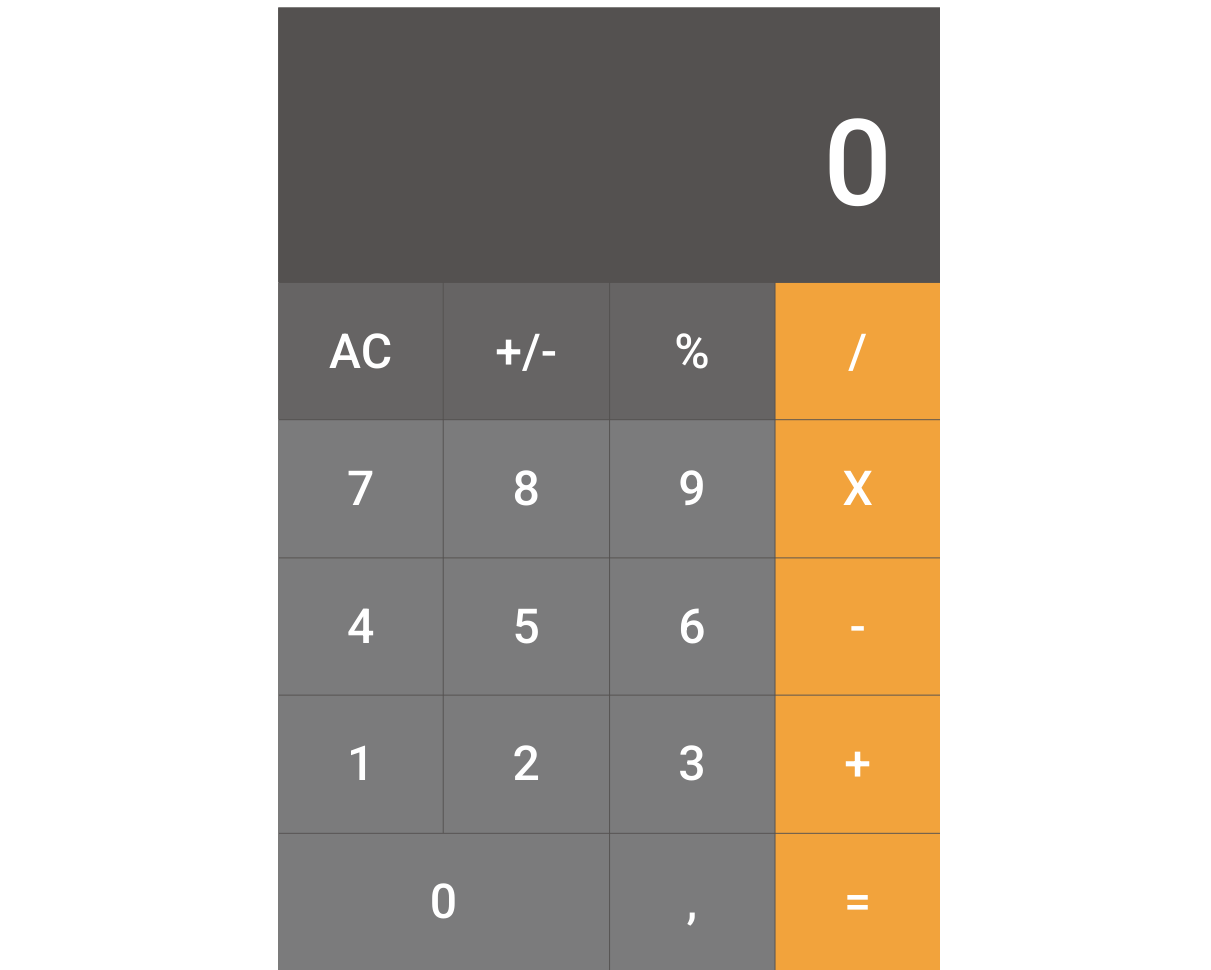
Repository: maciekto/calculatorOOP
Page: index.html
The author's editor kept a copy of each file at every save. The page is drawn from the files as they stood at one save, then again after the next save.
The browser window is 1280 px wide. The page is 1288 px wide, so the pictures cover 1288 px, including what lies to the right of the window. The pictures show the whole page, at 94% of full size.

Above is the page before, as saved 2022-06-19 19:04:33.

### index.html
<!DOCTYPE html>
<html lang="en">
<head>
    <meta charset="UTF-8">
    <meta http-equiv="X-UA-Compatible" content="IE=edge">
    <meta name="viewport" content="width=device-width, initial-scale=1.0">
    <title>Document</title>
    <link rel="stylesheet" href="css.css">


</head>
<body>
    <main>
        <div class="Calc">
            <div class="Calc__result">0</div>

            <div class="Calc__reset">
                AC
            </div>
            <div class="Calc__opposite">
                +/-
            </div>
            <div class="Calc__percentages">
                %
            </div>
            <div class="Calc__divide">
                /
            </div>

            <div class="Calc__7">7</div>
            <div class="Calc__8">8</div>
            <div class="Calc__9">9</div>
            <div class="Calc__multiply">
                X
            </div>

            <div class="Calc__4">4</div>
            <div class="Calc__5">5</div>
            <div class="Calc__6">6</div>
            <div class="Calc__substraction">
                -
            </div>

            <div class="Calc__1">1</div>
            <div class="Calc__2">2</div>
            <div class="Calc__3">3</div>
            <div class="Calc__addition">
                +
            </div>

            <div class="Calc__0">0</div>
            <div class="Calc__comma">,</div>
            <div class="Calc__isequal">
                =
            </div>

        </div>
    </main>

    <script src="js.js"></script>
</body>
</html>

### css.css
@import url('https://fonts.googleapis.com/css2?family=Roboto:wght@400;500;700&display=swap');

* {
    font-family: 'Roboto', sans-serif;
    font-weight: 500;
    box-sizing: border-box;
}

main {
    width: 100vw;
    height: 100vh;
    display: grid;
    place-items: center;
}

.Calc {
    max-width: 60vw;
    width: 55vw;
    height: 80vw;
    background: #545150;
    color: white;
    display: grid;
    grid-template-columns: repeat(4, 1fr);
    grid-template-rows: repeat(7, 1fr);
    grid-template-areas:
    "result result result result"
    "result result result result"
    "reset opposite percentages divide"
    "seven eight nine multiply"
    "four five six substraction"
    "one two three addition"
    "zero zero comma isequal"
    ;
    grid-gap: 1px;
    font-size: 4vw;
}
.Calc div {
    display: grid;
    place-items: center;
    background: #7b7b7c;
}
.Calc__result {
    padding: 4vw;
    font-size: 10vw;
    grid-area: result;
    background: #545150 !important;
    place-items: end end !important;
}
.Calc__reset {
    background: #666464 !important;
}
.Calc__opposite {
    background: #666464 !important;
}
.Calc__percentages {
    background: #666464 !important;
}
.Calc__divide {
    background: #f2a33c !important;
}
.Calc__multiply {
    background: #f2a33c !important;
}
.Calc__substraction {
    background: #f2a33c !important;
}
.Calc__addition {
    background: #f2a33c !important;
}
.Calc__isequal {
    background: #f2a33c !important;
}


.Calc__0 {
    grid-area: zero;
}

### js.js
console.log('siemano')

After the next save:
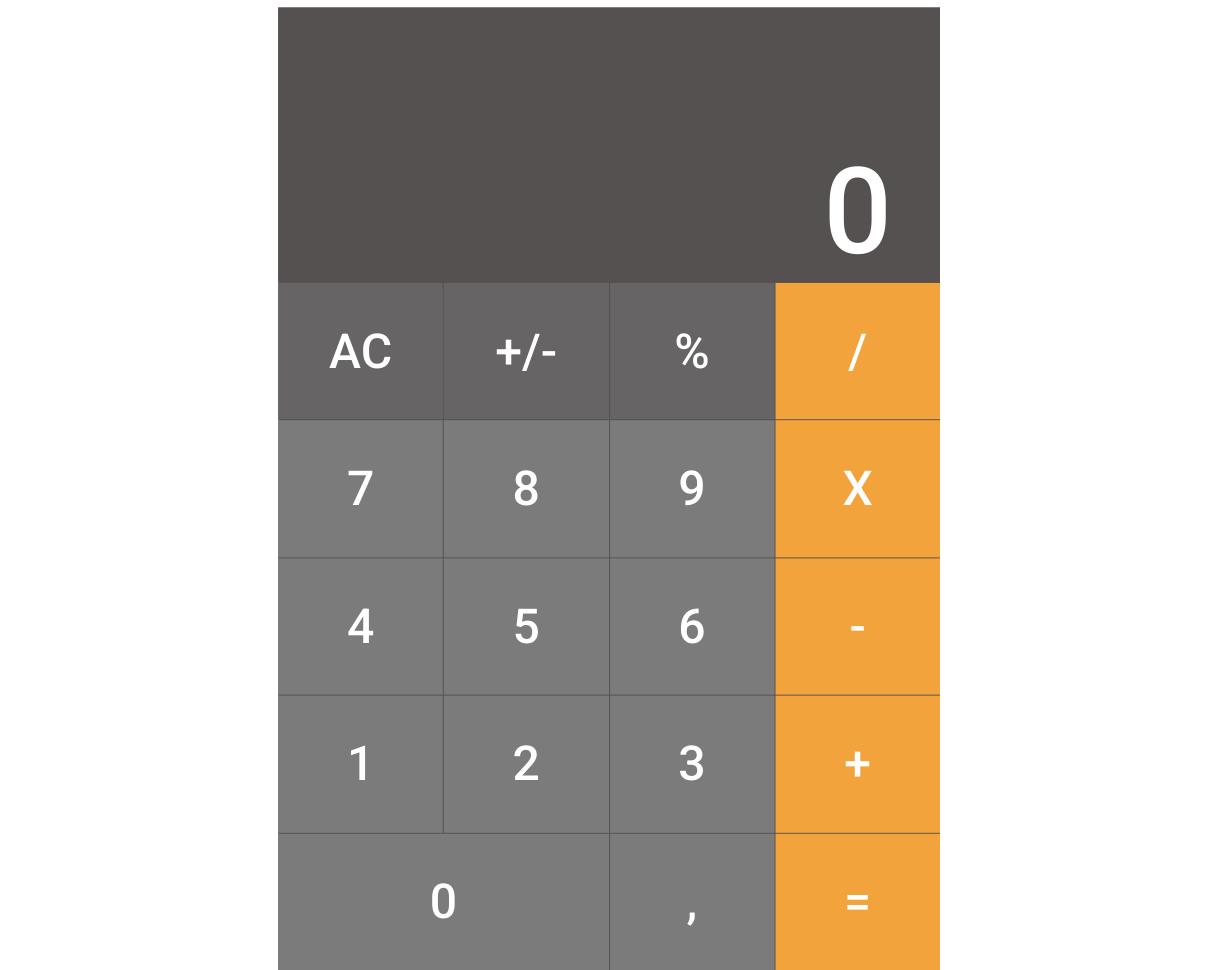
Saved 8 s later.
--- a/css.css
+++ b/css.css
@@ -40,7 +40,7 @@ main {
     background: #7b7b7c;
 }
 .Calc__result {
-    padding: 4vw;
+    padding: 0 4vw;
     font-size: 10vw;
     grid-area: result;
     background: #545150 !important;
